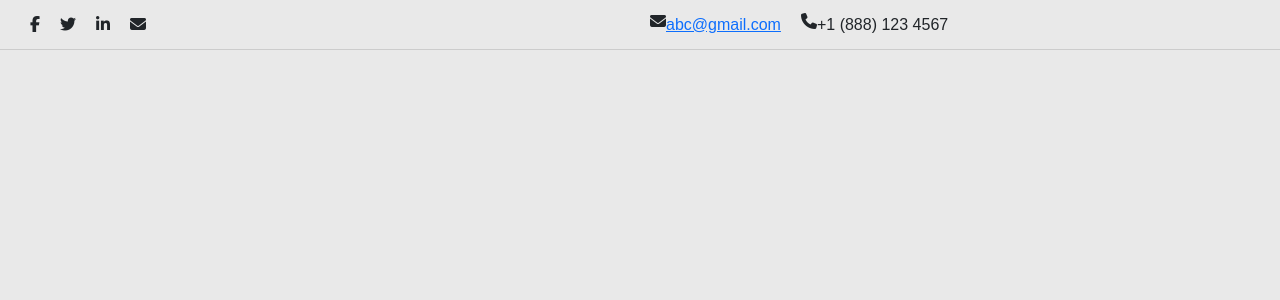
Repository: arehmanraza/lawyer_website
Page: Pages/index.html
An editor plug-in stored every save of this project. The page is shown before and after the next save, followed by the edit.
The browser window is 1280 px wide. The pictures show the whole page.
Some web libraries are served in a nearby version.

Above is the page before, as saved 2024-05-22 01:18:21.

After the next save:
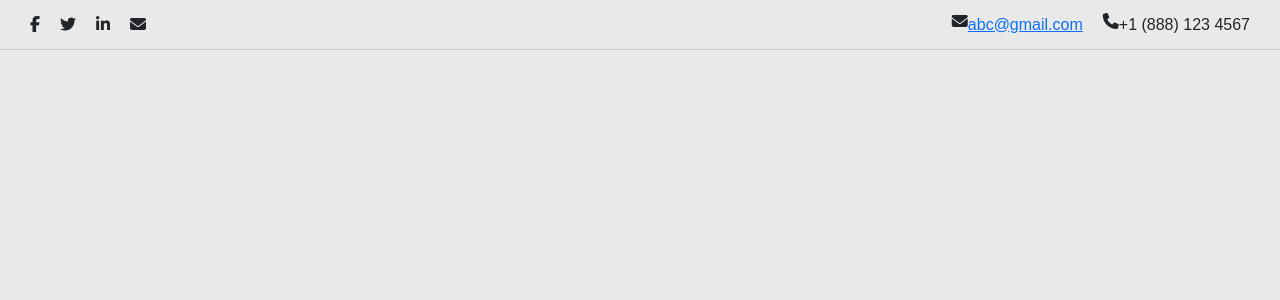
Saved 6 s later.
--- a/Styling/style.css
+++ b/Styling/style.css
@@ -44,7 +44,7 @@
     display: flex;
     list-style: none;
     padding: 0;
-    margin: 0px ;
+    margin: 0px 0px 0px auto;
 
 }
 .head_top_right ul li{
